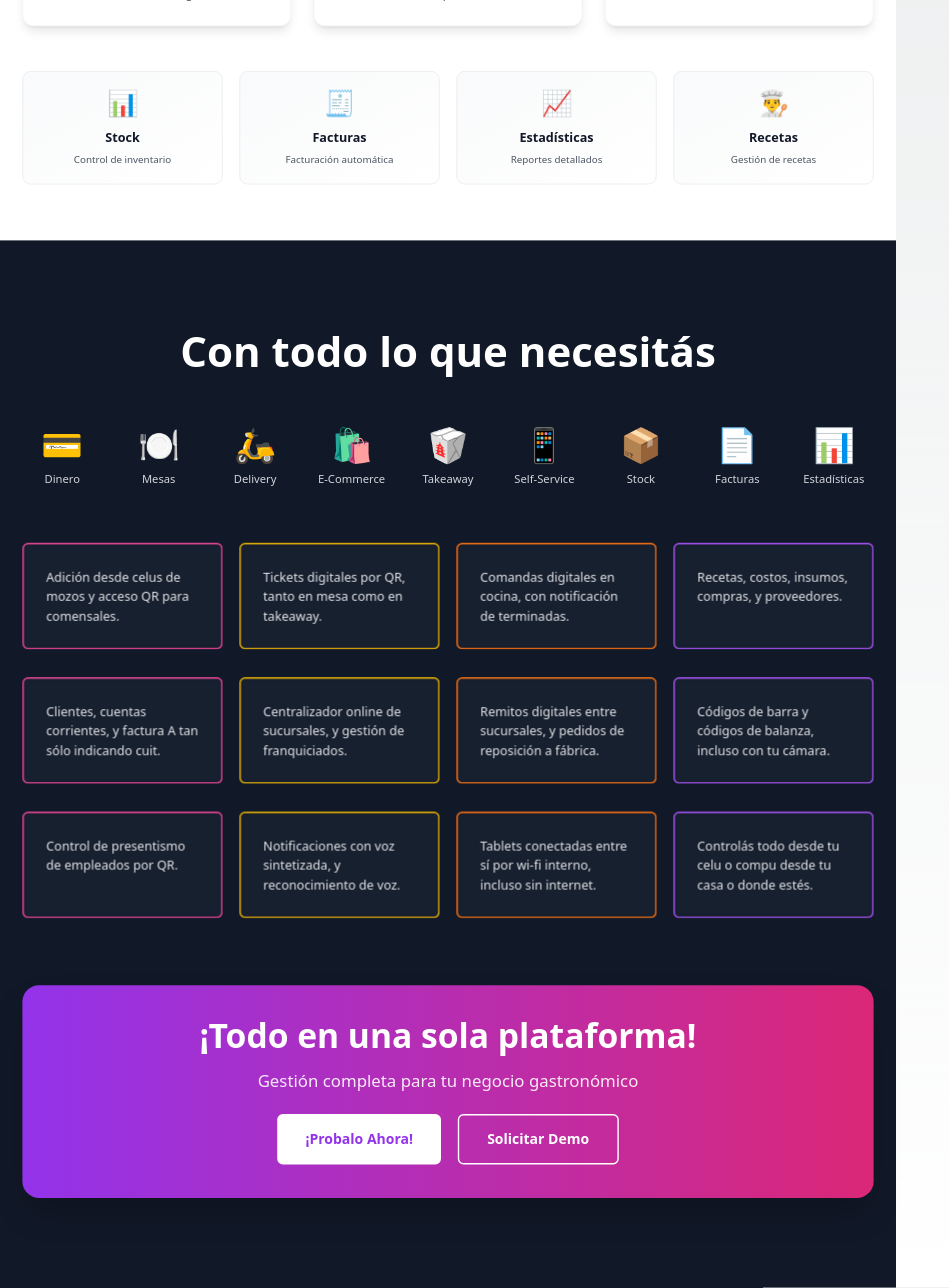
Repository: francoluca35/cmrestaurantes
Page: /
An editor plug-in stored every save of this project. The page is shown before and after the next save, followed by the edit.
The browser window is 1280 px wide. The page is 1356 px wide, so the pictures cover 1356 px, including what lies to the right of the window. The pictures show the part of the page from y = 2908 to 4748 px (the page is 4748 px tall), at 70% of full size.
The project was rebuilt for these pictures with package versions that can differ from the ones it lists, and the page was loaded fresh each time. The framework's server and built-in components were replaced by stand-ins that run in the browser. Also part of the build but not shown: next.config.mjs.

Above is the page before, as saved 2025-08-24 01:34:12.

After the next save:
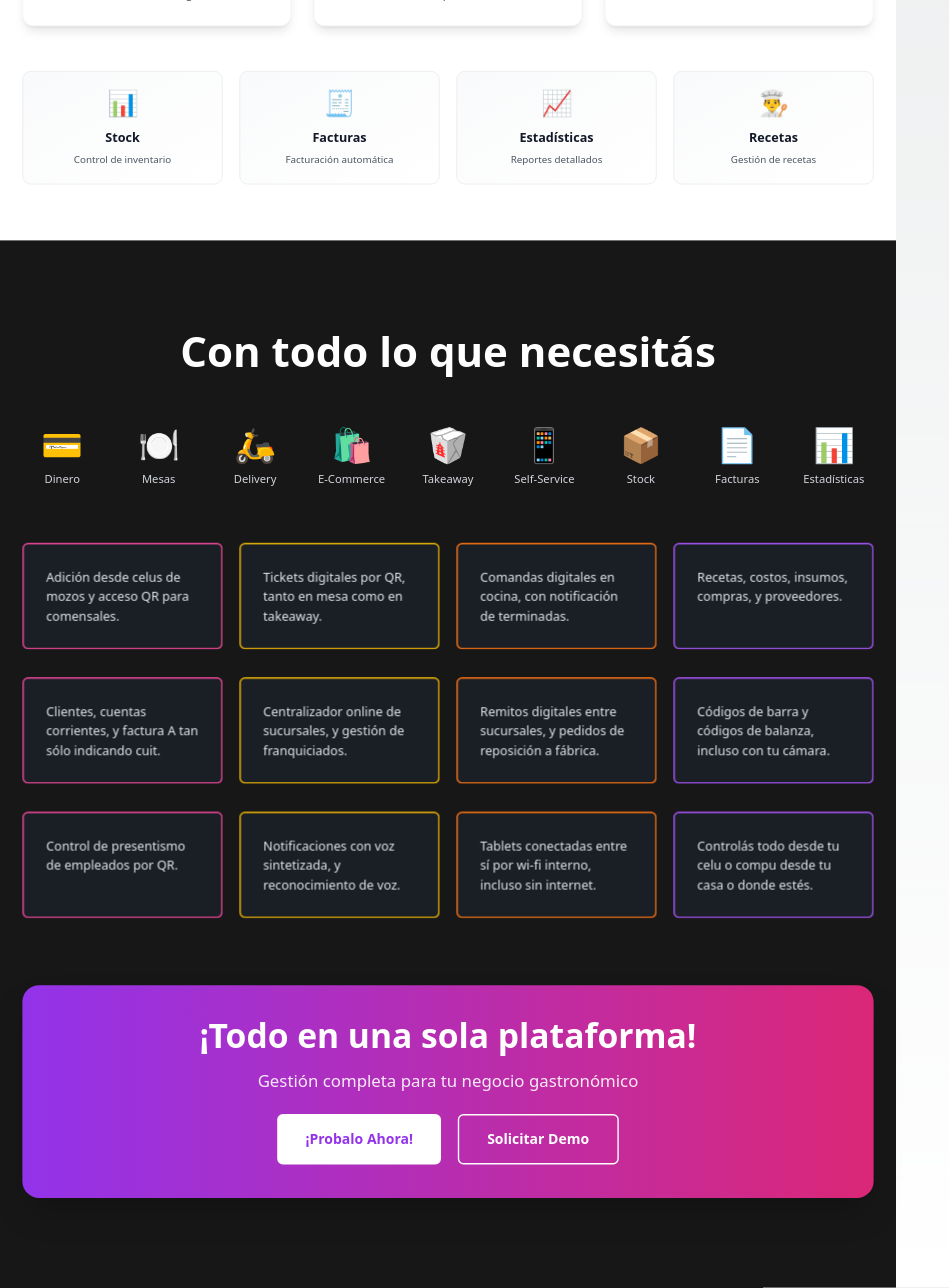
Saved 8 s later.
--- a/src/components/Funcionalidades/FeaturesGrid.js
+++ b/src/components/Funcionalidades/FeaturesGrid.js
@@ -69,7 +69,7 @@
   ]
 
   return (
-    <section className="py-16 sm:py-20 md:py-24 lg:py-28 xl:py-32 bg-gray-900">
+         <section className="py-16 sm:py-20 md:py-24 lg:py-28 xl:py-32 bg-neutral-900">
       <div className="max-w-7xl mx-auto px-4 sm:px-6 lg:px-8">
         {/* Título */}
         <div className="text-center mb-12 sm:mb-16 lg:mb-20">
